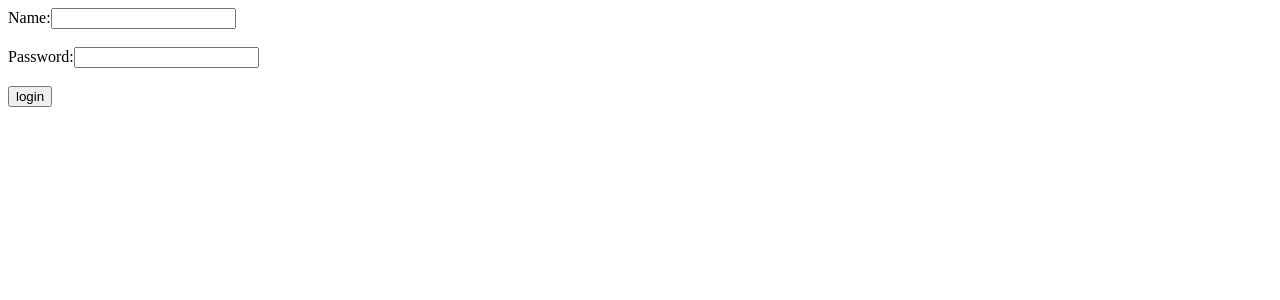
Repository: GOUTHAMREDDY1198/DBS_SPRING
Page: http://localhost/EmpSalary/
The author's editor kept a copy of each file at every save. The page is drawn from the files as they stood at one save, then again after the next save.
The browser window is 1280 px wide. The pictures show the whole page.
The page is served by Tomcat 9.

Above is the page before, as saved 2020-11-10 16:44:43.

After the next save:
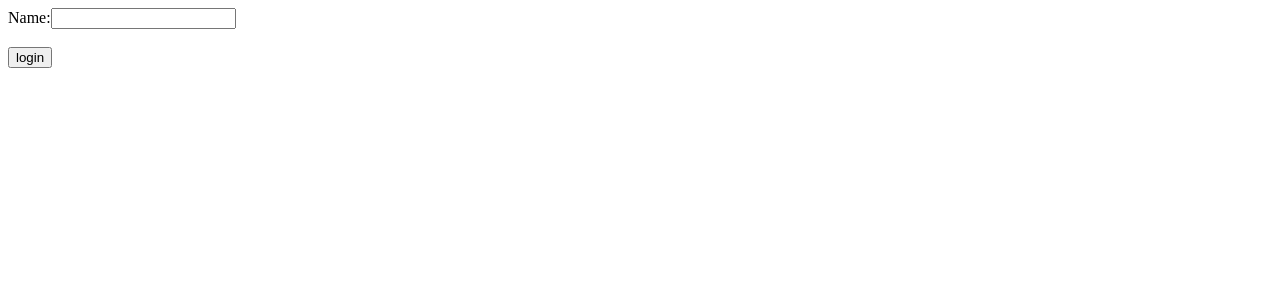
Saved 3 min 45 s later.
--- a/EmpSalary/WebContent/index.jsp
+++ b/EmpSalary/WebContent/index.jsp
@@ -1,5 +1,5 @@
 <form action="login" method="get">
 Name:<input type="text" name="name"/><br/><br/>
-Password:<input type="password" name="password"/><br/><br/>
+
 <input type="submit" value="login"/>
 </form>
